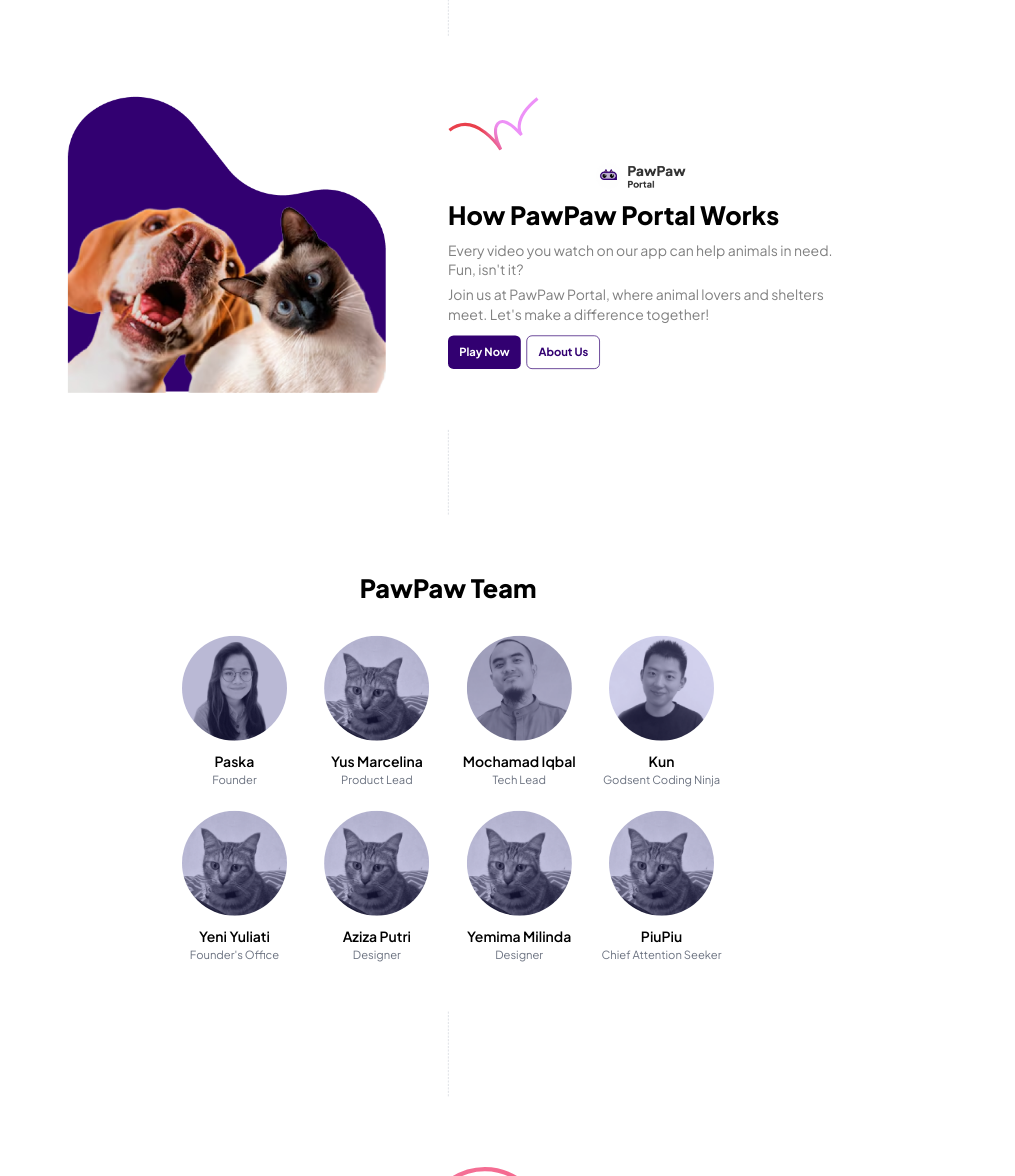
Repository: paskasiregar/pawpawwebsite
Page: /
These files come from the project's save history. The page is drawn as it stood at one moment and after the next save; the edit follows.
The browser window is 1280 px wide. The page is 1450 px wide, so the pictures cover 1450 px, including what lies to the right of the window. The pictures show the part of the page from y = 963 to 2643 px (the page is 4024 px tall), at 70% of full size.
The project was rebuilt for these pictures with package versions that can differ from the ones it lists, and the page was loaded fresh each time. The framework's server and built-in components were replaced by stand-ins that run in the browser. Also part of the build but not shown: next.config.js, next.config.mjs.

Above is the page before, as saved 2024-09-06 12:14:21.

After the next save:
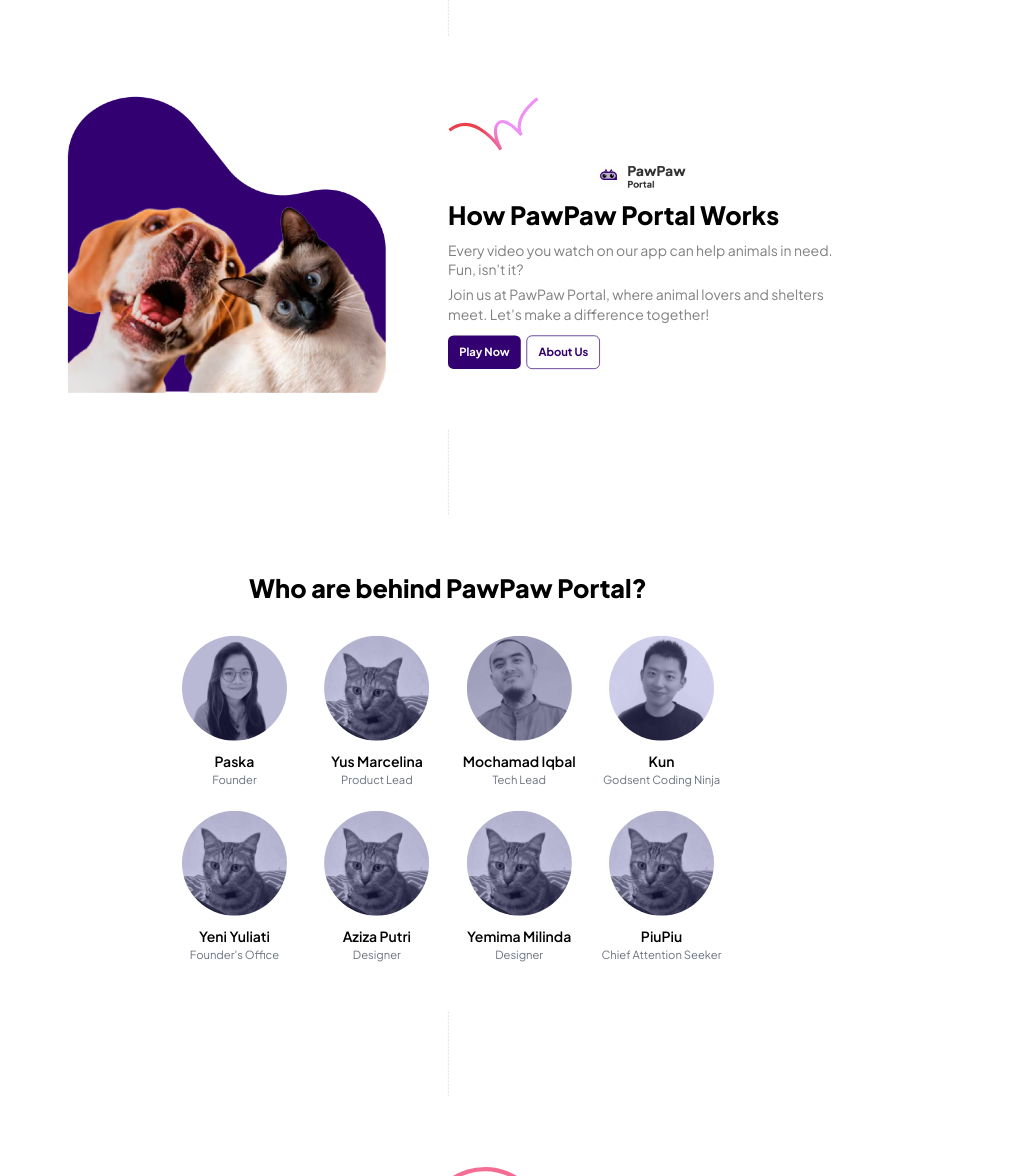
Saved 32 s later.
--- a/src/app/page.js
+++ b/src/app/page.js
@@ -142,7 +142,7 @@ export default async function Home() {
 
               <div className="flex flex-col items-center md:items-center mb-8">
                 <div className="relative font-extrabold text-2xl md:text-4xl text-center md:text-center mb-8">
-                  PawPaw Team
+                  Who are behind PawPaw Portal?
                 </div>
               </div>
 
